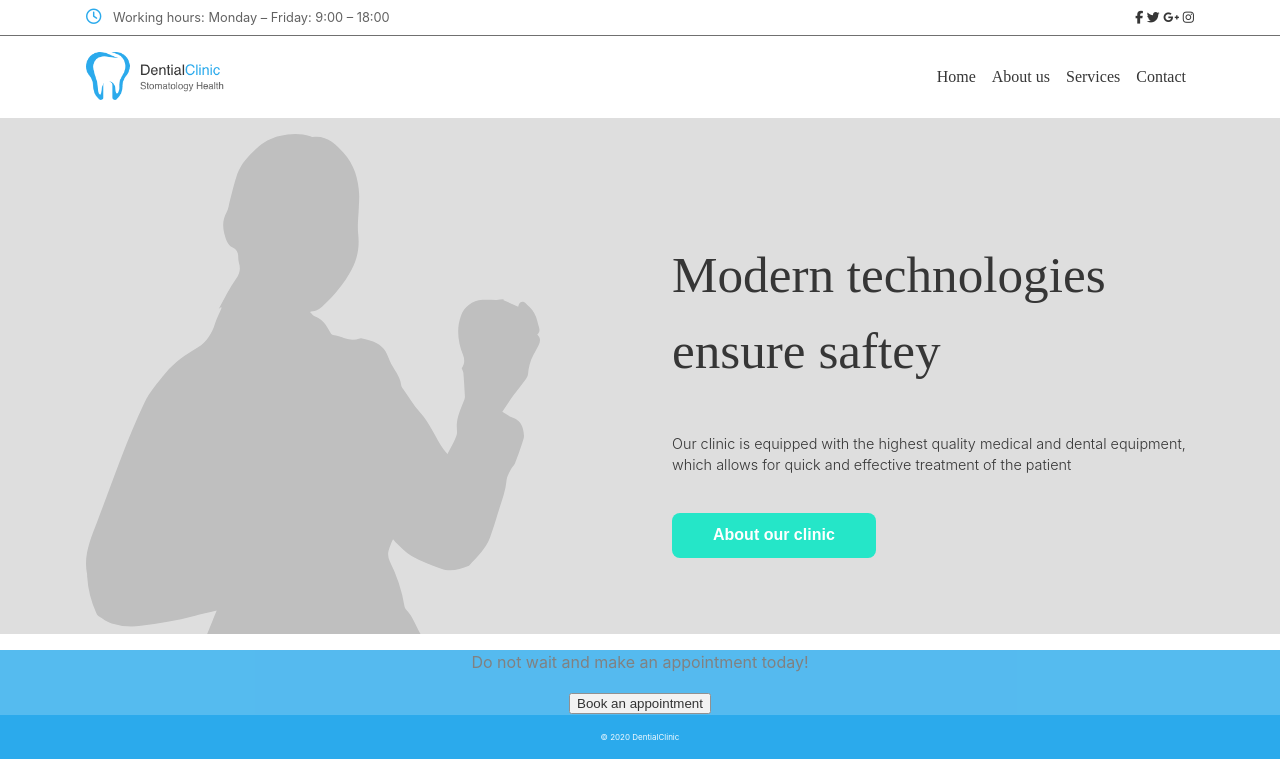
Repository: skepp4rn/uppgift1
Page: index.html
The author's editor kept a copy of each file at every save. The page is drawn from the files as they stood at one save, then again after the next save.
The browser window is 1280 px wide. The pictures show the whole page.
Some web libraries are served in a nearby version.

Above is the page before, as saved 2020-12-03 14:15:53.

### index.html
<!DOCTYPE html>
<html lang="en">
<head>
    <meta charset="UTF-8">
    <meta name="viewport" content="width=device-width, initial-scale=1.0">
    <title>Document</title>

    <script src="https://kit.fontawesome.com/0abbda2fd3.js" crossorigin="anonymous"></script>
    <link rel="stylesheet" href="style.css">
</head>
<body>

    <nav class="navbar-top collapse">
        <div class="container">
            <div class="hours">
                <i class="far fa-clock"></i>
                Working hours: Monday – Friday: 9:00 – 18:00
            </div>
            <div class="#">
                <a href="#"><i class="fab fa-facebook-f"></i></a>
                <a href="#"><i class="fab fa-twitter"></i></a>
                <a href="#"><i class="fab fa-google-plus-g"></i></a>
                <a href="#"><i class="fab fa-instagram"></i></a>
            </div>
        </div>
    </nav>

    <nav class="navbar ">
        <div class="container">
            <a class="navbar-brand" href="#" >
                <img src="images/Logo.png" alt="">
            </a>
            <button class="navbar-toggler">
                <i class="fas fa-bars"></i>
            </button>
            <div class="collapse navbar-collapse">
                <div class="navbar-nav">
                    <a class="nav-link" href="#">Home</a>
                    <a class="nav-link" href="#">About us</a>
                    <a class="nav-link" href="#">Services</a>
                    <a class="nav-link" href="#">Contact</a>
                </div>
            </div>
        </div>
    </nav>

    <section id="showcase" class="bg-gray">
        <div class="container">
            <img src="images/placehold-girl.svg" alt="">
            <div class="content-box">
                <div class="content">
                    <h1>Modern technologies ensure saftey</h1>
                    <p>Our clinic is equipped with the highest quality medical and dental equipment, which allows for quick and effective treatment of the patient</p>
                    <button class="btn btn-green">About our clinic</button>
                </div>
            </div>
        </div>
    </section>












   <div class="grid">
        <section id="appointment bg-gray">
            <div class="bg-blue overlay">
                <div class="center-content">
                    <p>Do not wait and make an appointment today!</p>
                    <button>Book an appointment</button>
                </div>
            </div>
        </section>
        <footer class="d-flex justify-content-center bg-blue">
            <p>© 2020 DentialClinic</p>
        </footer>
    </div>

</body>
</html>

### style.css
* {
    box-sizing: border-box;
}

html, body {
    font-weight: 400;
    font-family: -apple-system, BlinkMacSystemFont, 'Segoe UI', Roboto, Oxygen, Ubuntu, Cantarell, 'Open Sans', 'Helvetica Neue', sans-serif;
    line-height: 1.5;
    font-size: 16px;
    margin: 0;
    padding: 0;
    color: #626262;
}

.border {
    border: 1px solid black;
}

a {
    color: #363636;
    text-decoration: none;
    background-color: transparent;
}

a:hover {
    color: #25E6C8;
}

.bg-dark {
   background: #333333;
   color: #ffffff;
}

.bg-light {
    background: #f7f7f7;
    color: #333333;
}

.bg-gray {
    background-color: #DEDEDE;

}



.btn {
    display: inline-block;
    font-weight: 400;
    text-align: center;
    vertical-align: middle;
    padding: 0.80rem 2.5rem;
    border-radius: 0.5rem;
    border: 1px solid transparent;
    background-color: transparent;
    font-size: 1rem;

}

.btn-green {
    color: #ffffff;
    background-color: #25E6C8;
    font-weight: bold;
    margin-top: 1.4rem;


}

.btn-green:hover {
    cursor: pointer;
    background-color: #2BAAEC;
}



.collapse:not(.show) {
    display: none;
}

.container {
    width: 100%;
    padding: 0 1rem;
    margin: 0 auto;
}

.navbar-top {
    border-bottom: 1px solid #707070;
}

.navbar, .navbar-top {
    display: flex;
    justify-content: space-between;
    padding: 0.5rem 1rem;
}

.navbar .container, .navbar-top .container {
    display: flex;
    justify-content: space-between;
    align-items: center;
}

.navbar-top .container {
    font-size: 0.8rem;
}

.navbar-top .container .hours {
    color:#626262;
}

.navbar-top .container .hours i {
    color: #2BAAEC;
    margin-right: 0.5rem;
    font-size: 1.2em;
}

.navbar-top .container .socialmedia a {
    margin: 0 0.5rem;

}

.navbar-brand {
    display: inline-block;
    font-size: 1.5rem;
    color: black;
    margin-right: 1rem;
}

.navbar-brand img {
    height: 3rem;
    margin-top: 0.5rem;
}


.navbar-toggler {
    font-size: 2.5rem;
    color:#2BAAEC;
    background-color: transparent;
    border: 1px solid transparent;
}

.navbar-collapse {
    align-items: center;
}

.navbar-nav {
    display: flex;
    flex-direction: column;
    font-family: 'Roboto Slab', serif;

}

.nav-link {
    padding: 0;
    text-decoration: none;
}



#showcase .container {
    display: grid;
    grid-template-columns: 1fr 1fr;
    column-gap: 4rem;

    align-items: center;
}

#showcase .container img {
    height: 500px;
    margin-top: 1rem;


}

#showcase .container .content-box {
    align-self: center;
    color: #363636;
    font-weight: 300;
}

.content-box .content h1 {
    font-size: 3.2rem;
    font-family: 'Roboto Slab', serif;
    font-weight: 300;

}

.content-box .content p {
    font-size: 0.9rem;
}




.d-flex {
    display: flex;
}

.justify-content-center {
    justify-content: center;
}

#appointment {
    background-color: #DEDEDE;
}

.overlay {
    opacity: 80%;
    background-color: #2BAAEC;
}

.center-content {
    display: block;
    text-align: center;
}


footer {
    border-top: 1px solid rgb(255, 255, 255, 0.2);
    background-color: #2BAAEC;
    color: #f3fbff;
    text-align: center;
    padding: 0.5rem 0rem;
    font-size: 0.5rem;



}










@media (min-width: 768px) {
    .nav-link {
        padding-right: 0.5rem;
        padding-left: 0.5rem;
    }

    .navbar-nav {
        flex-direction: row;
    }

    .navbar-toggler {
        display: none;
    }

    .collapse:not(.show) {
        display: flex;
    }

    .container {
        max-width: 720px;
    }

}

@media (min-width: 992px) {
    .container {
        max-width: 960px;
    }
}

@media (min-width: 1200px) {
    .container {
        max-width: 1140px;
    }
}

After the next save:
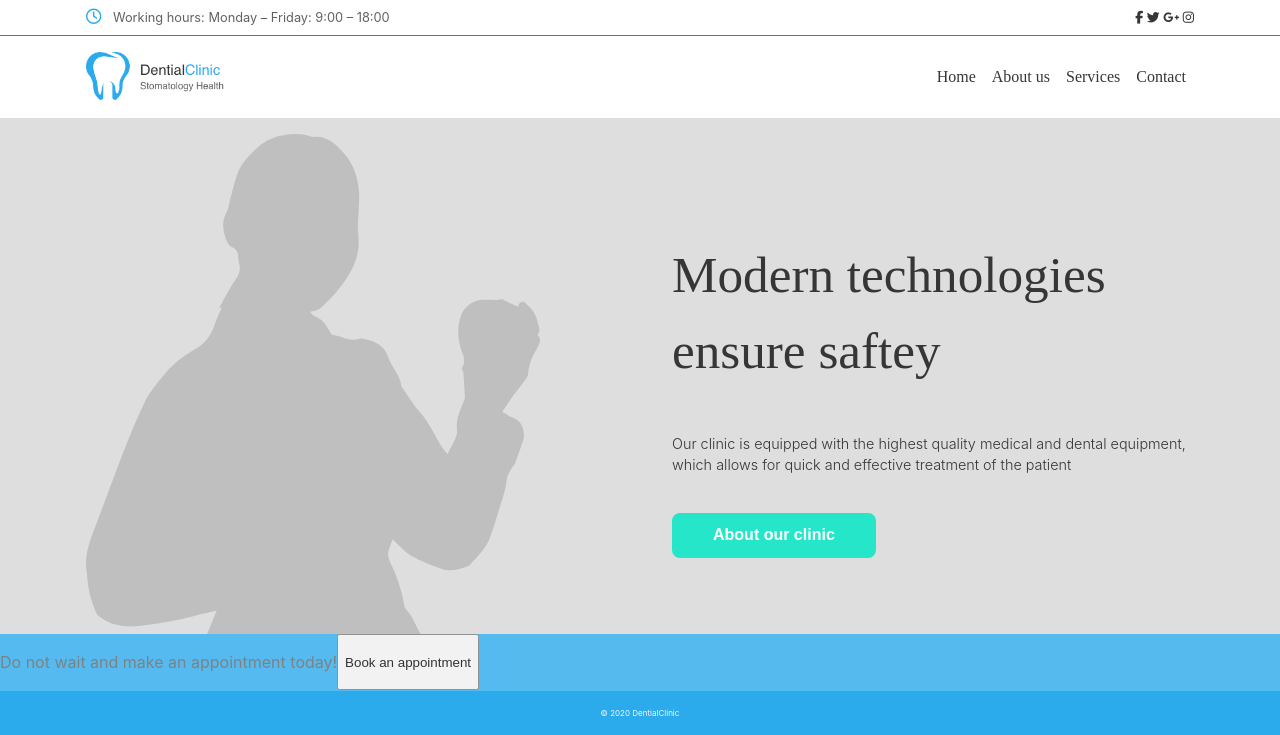
Saved 116 s later.
--- a/style.css
+++ b/style.css
@@ -220,11 +220,14 @@ footer {
     text-align: center;
     padding: 0.5rem 0rem;
     font-size: 0.5rem;
-
-
-
-}
-
+}
+
+
+@media (min-width: 768px) {
+    .center-content {
+        display: flex
+    }
+}
 
 
 
